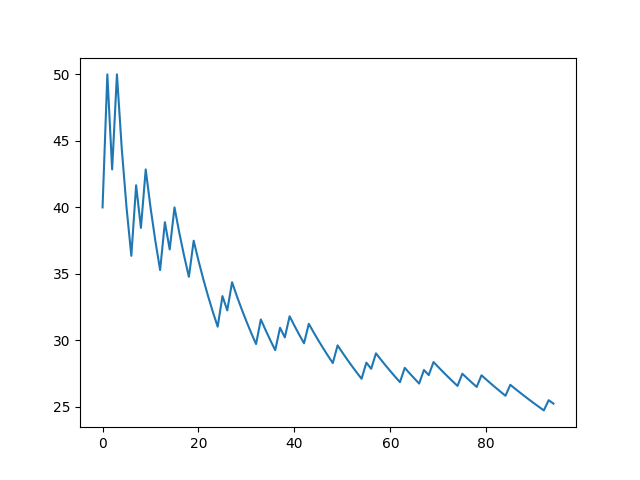
Repository: Vorztek/Data
Script's output: python Exercices_Python/Old_project/Maths_and_algorithms/Première_série_exo/génération_nombre_premiers.py
The author's editor kept a copy of each file at every save. The script's output is drawn from the files as they stood at one save, then again after the next save.
Random numbers start from a fixed seed.

Above is the script's output before, as saved 2021-07-28 15:54:12.

After the next save:
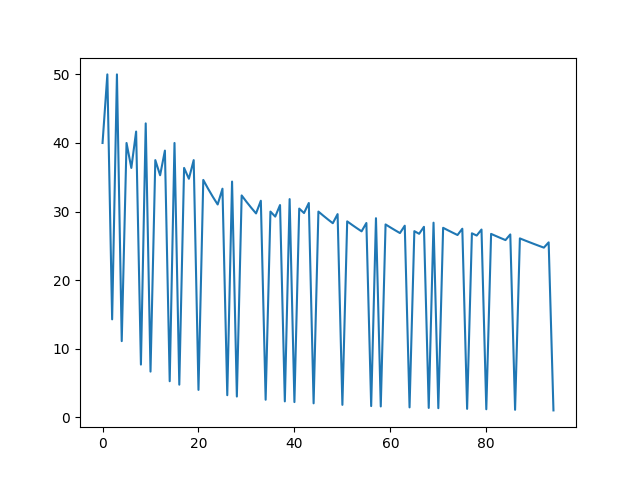
Saved 10 min 12 s later.
--- a/Exercices_Python/Old_project/Maths_and_algorithms/Première_série_exo/génération_nombre_premiers.py
+++ b/Exercices_Python/Old_project/Maths_and_algorithms/Première_série_exo/génération_nombre_premiers.py
@@ -13,11 +13,12 @@
 def number_of_prime(n):
     compte = 0
     # Pour chaque élement compris dans la liste de chaque élement de l'intervalle
-    if n in meoisation:
+    if n - 2 in meoisation:
         print("NEZOFLIUC")
         compte += 1
         pourcent = ((compte / n) *100)
         return pourcent
+
     else:
         for i in range(2, n):
             if is_prime(i) is True:

After the save that followed:
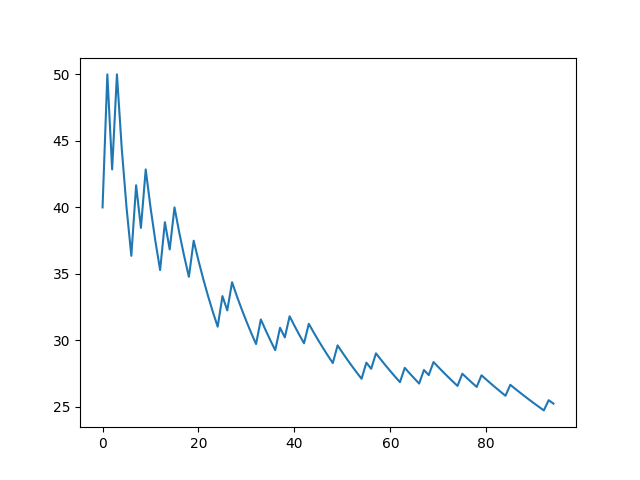
Saved 7 s later.
--- a/Exercices_Python/Old_project/Maths_and_algorithms/Première_série_exo/génération_nombre_premiers.py
+++ b/Exercices_Python/Old_project/Maths_and_algorithms/Première_série_exo/génération_nombre_premiers.py
@@ -13,7 +13,7 @@
 def number_of_prime(n):
     compte = 0
     # Pour chaque élement compris dans la liste de chaque élement de l'intervalle
-    if n - 2 in meoisation:
+    if n - 1 in meoisation:
         print("NEZOFLIUC")
         compte += 1
         pourcent = ((compte / n) *100)
